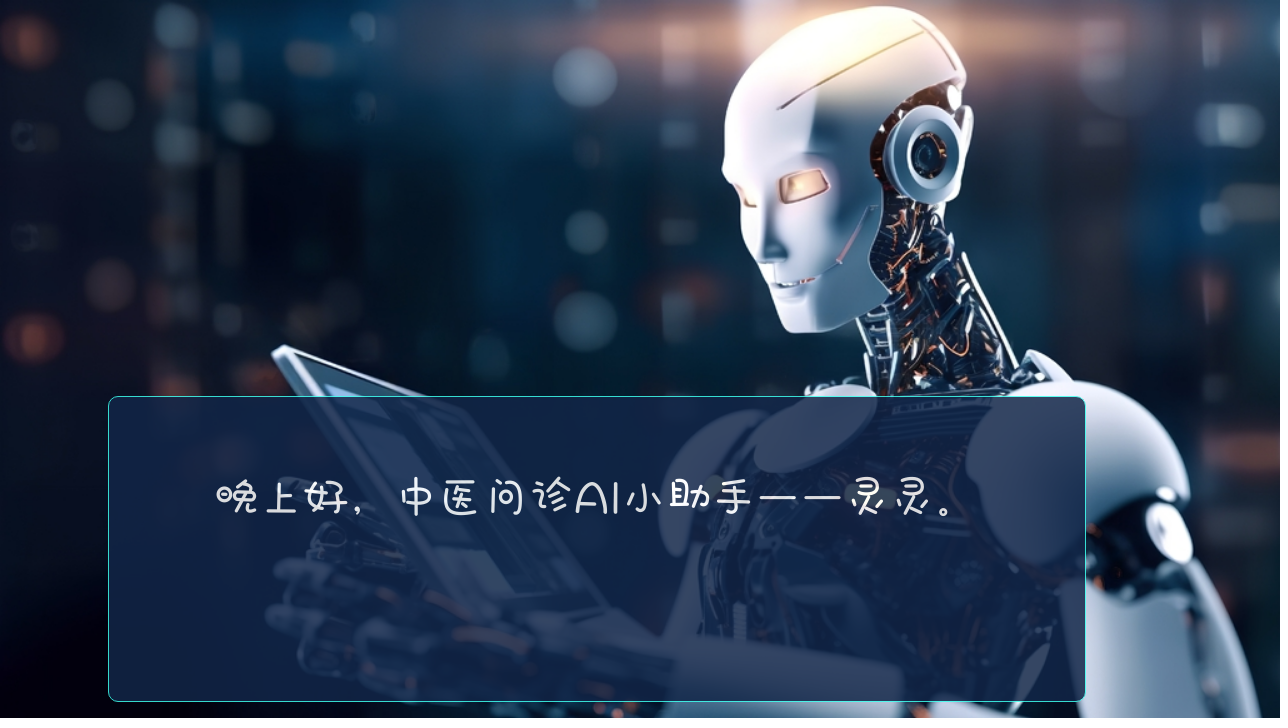
Repository: chjyume/zhongyi
Page: index3.html
These files come from the project's save history. The page is drawn as it stood at one moment and after the next save; the edit follows.
The browser window is 1280 px wide. The page is 1288 px wide, so the pictures cover 1288 px, including what lies to the right of the window. The pictures show the whole page.

Above is the page before, as saved 2023-08-30 21:24:46.

### index3.html
<!DOCTYPE html>
<html>
	<head>
        <meta charset="utf-8" />
		<title>小故事引入</title>

        <link href="css\index3.css" rel="stylesheet" type="text/css">
		<link rel="stylesheet" type="text/css" href="family\font.css">
	</head>
	<style>
	body
	{
        background-image:url("img/img3-1.png");
		background-repeat:no-repeat;
        height: 100%;
        width: 100%;
        background-size:cover;
        position:absolute;
        left:0;
        top:0;
	}
	</style>
	<body>
		<div id="textDiv"  tabindex="1" style="z-index:2;width:70%;cursor:pointer;"></div>
		<div id="chosenDiv" style="display: none;  font-size: 50px;" tabindex="1">
			<div id="text1" tabindex="1">
			  <div id="bubble" class="t1"  tabindex="1"> 右佐匹克隆</div>
			  <div id="bubble" class="t2"  tabindex="1"> 奥沙西洋</div>
			  <div id="bubble" class="t3"  tabindex="1"> 加巴喷丁</div>
			  <div id="bubble" class="t4"  tabindex="1">苯二氮䓬类受体激动剂</div>
			  <div id="bubble" class="t5"  tabindex="1"> 艾司唑仑</div>
			  <div id="bubble" class="t6"  tabindex="1"> 三唑仑</div>
			  <div id="bubble" class="t7"  tabindex="1"> 水合氯醛</div>
			</div>
			<div id="text2"tabindex="1">
			  <div id="bubble" class="tt1"  tabindex="1"> 呼吸减慢法 </div>
			  <div id="bubble" class="tt2"  tabindex="1"> 联想法</div>
			  <div id="bubble" class="tt3"  tabindex="1"> 转动眼珠法</div>
			  <div id="bubble" class="tt4"  tabindex="1">用左侧鼻孔呼吸法</div>
			  <div id="bubble" class="tt5"  tabindex="1"> 回想法</div>
			  <div id="bubble" class="tt6"  tabindex="1"> 白噪音</div>
			  <div id="bubble" class="tt7"  tabindex="1"> 轻型助眠操</div>
			  <div id="bubble" class="tt8"  tabindex="1">安神补脑液</div>
			  <div id="bubble" class="tt9"  tabindex="1">刺激控制疗法</div>
			</div>
			<div id="text3"tabindex="1">
			  <div id="bubble" class="way1"  tabindex="1"> 中医针灸治疗（岐黄针） </div>
			  <div id="bubble" class="way2"  tabindex="1"> 中医音乐治疗</div>
			 <div id="bubble" class="way3"  tabindex="1">中医安神香囊</div>
			</div>
			  </div>

	</body>
	<script src="js/index3.js"></script>
</html>

### css/index3.css
#textDiv {
    height: calc(20%);
    position: fixed;
    padding: 80px 40px;
    font-family:HYLeMiaoTi;
    font-size: 3.5vw;
    line-height: 3.5vw;
    text-align: center;
    top:55vh;
    left: 15vh;

    color: #122648;
    background: #c2d9e9;
    border: 1px solid #3fffef;
    border-radius: 10px;
    opacity: 0.85;
    overflow: hidden;
  }
  #chosenDiv{
    position: fixed;
        width: calc(60%);
        height: calc(85%);
        margin: 10px;
        border: 2px solid #2c80ff;
        border-radius: 10px;
        background-color: transparent;
        backdrop-filter: blur(5px);

  }
  #bubble{
margin: 20px;
position: fixed;
padding: 20px 12px;
font-family:HYLeMiaoTi;
font-size: 25px;
line-height: 40px;
color: #c0ffef;
background: #1a4c96;
border: 1px solid #86f3ff;
border-radius: 10px;
opacity: 0.8;
}
.t1{
top:calc(10%);
left:calc(10%);
}
.t2{
top:calc(25%);
left:calc(20%);
}
.t3{
top:calc(45%);
left:calc(40%);
}
.t4{
top:calc(65%);
left:calc(50%);
}
.t5{
top:calc(28%);
left:calc(49%);
}
.t6{
top:calc(8%);
left:calc(70%);
}
.t7{
top:calc(69%);
left:calc(9%);
}
.tt1{
top:calc(39%);
left:calc(20%);
}
.tt2{
top:calc(55%);
left:calc(78%);
}
.tt3{
top:calc(5%);
left:calc(40%);
}
.tt4{
top:calc(20%);
left:calc(80%);
}
.tt5{
top:calc(77%);
left:calc(22%);
}
.tt6{
top:calc(66%);
left:calc(37%);
}
.tt7{
top:calc(51%);
left:calc(9%);
}
.tt8{
top:calc(36%);
left:calc(1%);
}
.tt9{
top:calc(75%);
left:calc(55%);
}
.way1{
top:calc(15%);
left:calc(40%);
}
.way2{
top:calc(50%);
left:calc(55%);
}
.way3{
top:calc(1%);
left:calc(1%);
}

### family/font.css
@font-face {
    font-family: "HYLeMiaoTi";
    src:url("HYLeMiaoTiJ.ttf");
    font-weight: normal;
    font-style: normal;
}

### js/index3.js
var textDiv = document.getElementById('textDiv');
var texts = ['晚上好，中医问诊AI小助手——灵灵。','晚上好，这么晚了，你怎么还不睡吗？','我又失眠了，我的安眠药也吃完了，我怎么都睡不着', '我通过全网查询得到以下诸多方法治疗失眠，你可以诉说你的需求进行筛选','我不想再吃安眠药了','好的，已为你进行筛选','我怕苦，不想吃中药','好的，已为你再次筛选','我怕痛','好的，其中的针灸并不痛','那我可以试着尝试一下']; // 替换成你想显示的文字内容
var currentTextIndex = -1;
var currentText = "";
var originalBackgroundColor = "lightblue";
var originalColor = "black";

function showNextText() {
  if (currentTextIndex < texts.length - 1) {
    currentTextIndex++;
    currentText = texts[currentTextIndex];
    var i = 0;
    textDiv.innerHTML = ""; // 清空文字内容

    var typing = setInterval(function() {
      if (i < currentText.length) {
        var span = document.createElement("span");
        span.textContent = currentText.charAt(i);
        if (currentTextIndex % 2 === 0) {
          span.style.color = "white"; //改变字体颜色
          textDiv.style.backgroundColor = "#122648"; // 改变背景颜色
          textDiv.style.color = originalColor; // 设置字体颜色
        } else {
          span.style.color = originalColor; // 恢复字体颜色
          textDiv.style.backgroundColor = originalBackgroundColor; // 恢复背景颜色
        }
        textDiv.appendChild(span);
        i++;
        if (currentTextIndex === texts.length - 8) {
          var chosenDiv = document.getElementById('chosenDiv');
          chosenDiv.style.display = 'block';
        }
      } else {
        clearInterval(typing);
      }
    }, 100);
  } else {
    return;
  }
}

textDiv.addEventListener('click', showNextText);

showNextText();

After the next save:
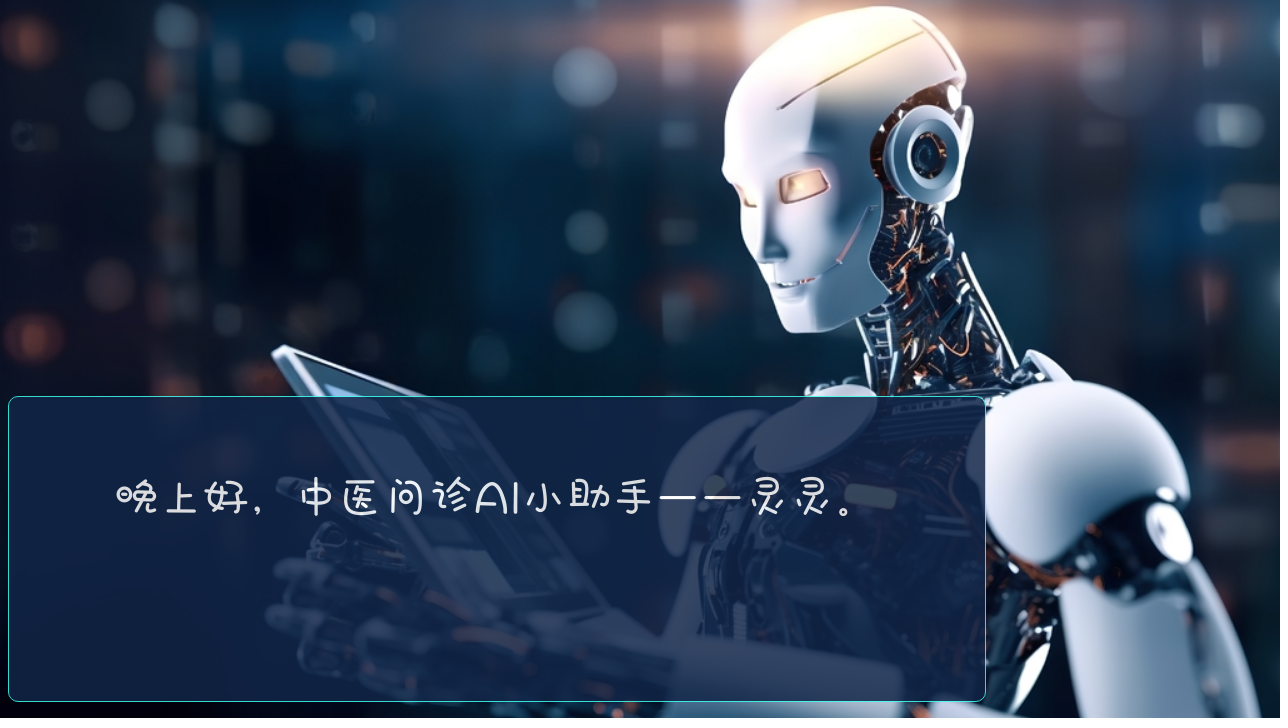
Saved 8 s later.
--- a/css/index3.css
+++ b/css/index3.css
@@ -7,7 +7,7 @@
     line-height: 3.5vw;
     text-align: center;
     top:55vh;
-    left: 15vh;
+
 
     color: #122648;
     background: #c2d9e9;
